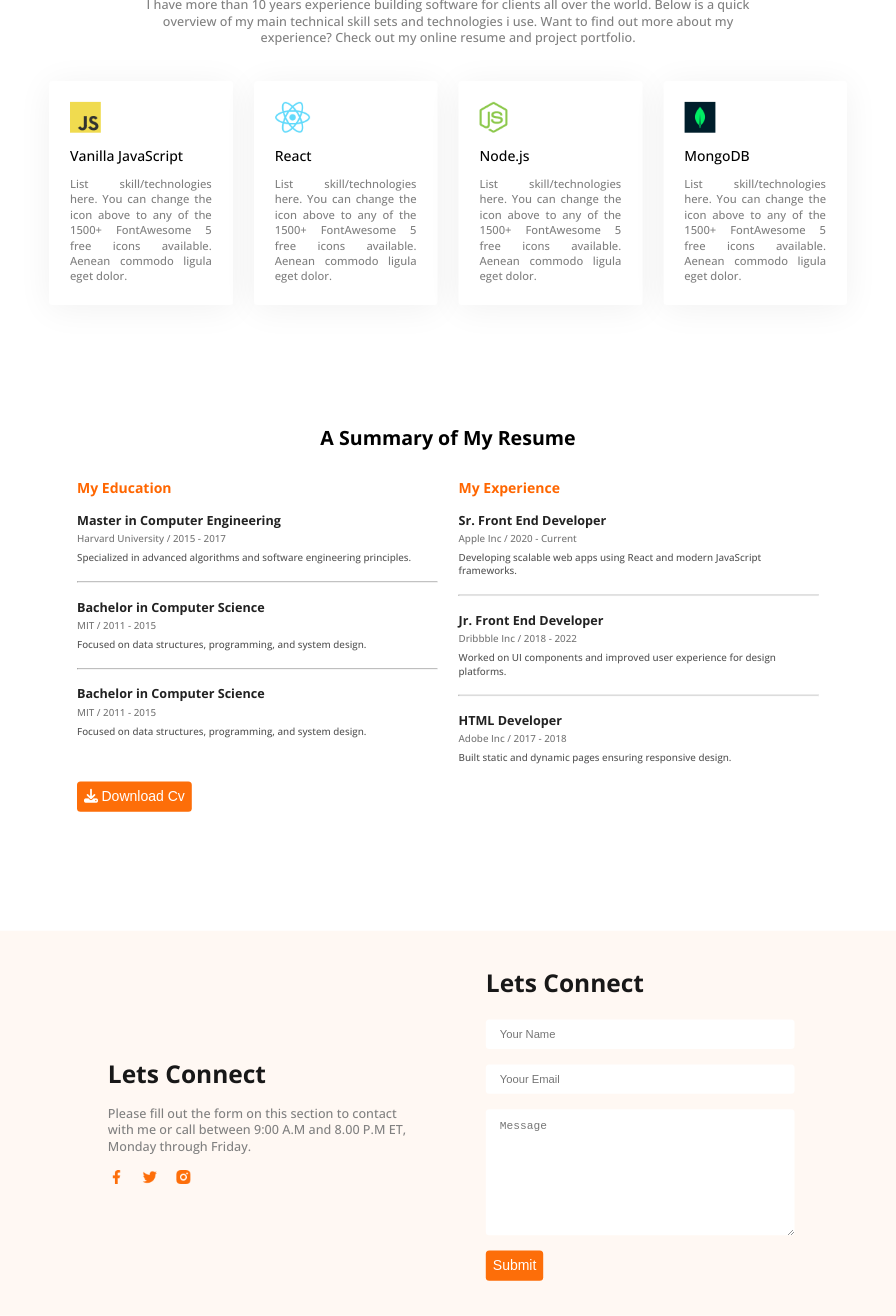
Repository: nahid-hasann/website-1
Page: index.html
These files come from the project's save history. The page is drawn as it stood at one moment and after the next save; the edit follows.
The browser window is 1280 px wide. The pictures show the part of the page from y = 1711 to 3631 px (the page is 3591 px tall before and 3631 px after), at 70% of full size.

Above is the page before, as saved 2025-07-08 15:02:30.

### index.html
<!DOCTYPE html>
<html lang="en">
<head>
    <meta charset="UTF-8">
    <meta name="viewport" content="width=device-width, initial-scale=1.0">
    <title>Document</title>
    <link rel="preconnect" href="https://fonts.googleapis.com">
<link rel="preconnect" href="https://fonts.gstatic.com" crossorigin>
<link href="https://fonts.googleapis.com/css2?family=Open+Sans:ital,wght@0,300..800;1,300..800&display=swap" rel="stylesheet">
<link rel="stylesheet" href="style.css">
<link rel="stylesheet" href="https://cdnjs.cloudflare.com/ajax/libs/font-awesome/6.7.2/css/all.min.css" integrity="sha512-Evv84Mr4kqVGRNSgIGL/F/aIDqQb7xQ2vcrdIwxfjThSH8CSR7PBEakCr51Ck+w+/U6swU2Im1vVX0SVk9ABhg==" crossorigin="anonymous" referrerpolicy="no-referrer" />
</head>
<body class="open-sans-nahid">

<header class="main-header">
    <nav class="header">
          <div>
            <h3 class="nav-title">Ma<span style="color: #fd6e09;">r</span>y</h3>
          </div>
          <div class="menu">
            <ul>
            <li><a href="" class="dark-2" >Portfolio</a></li>
            <li><a  class="dark-2" href="">Blog</a></li>
            <li><button class="hire-me">Hire Me</button></li>
          </ul>
          </div>
    </nav>

    <div class="banner">

      <div class="banner-container">
        <h4 style="font-size: 45px; font-weight: 400;" class="dark-2">Hi, I  am</h4>
        <h1 style="font-size: 85px;">Mary Hardy</h1>
        <br>
        <p class="banner-description dark-2">
          Shot what able cold new see hold.Friendly as an betrayed formerly he. Morning because as to society behaved moments.
        </p>
        <br>
        <br>
        <button class="hire-me" style="margin-right: 20px;"><i class="fa-solid fa-download" style="margin-right: 5px;"></i>Download Cv</button>
        <button class="btn-2"><i class="fa-solid fa-phone" style="margin-right: 5px;"></i>Contact</button>
      </div>
      <img class="banner-img" src="images/hardy.png" alt="">

    </div>

</header>

<main >

  <section class="section">
      <h3 class="section-title">About Me</h3>
      <p style="font-size: 18px; color: grey; margin-top: 30px;">I, m a designer & developer with a passion for web design. I enjoy developing simple, clean and slick websites that provide real value to the end user. Thousands of clients have procured exceptional resulfs while working with me. Delivering work within time and budget which meets clients requirements in our mata.</p>

      <div class="about-items">

    <div class="about-item">
      <p class="item-title">Name:</p>
      <p class="item-description">Mary Hardy</p>
    </div>
    <div class="about-item">
      <p class="item-title">Email:</p>
      <p class="item-description">info@gmail.com</p>
    </div>
    <div class="about-item">
      <p class="item-title">Date of birth:</p>
      <p class="item-description">11 November 1987</p>
    </div>
    <div class="about-item">
      <p class="item-title">From:</p>
      <p class="item-description">Los Angeles, USA</p>
    </div>

  </div>

  </section>

  <section class="skiill">
            <h3 class="section-title">What I do</h3>
            <p style="font-size: 18px; color: grey; margin-top: 30px; width: 909px; margin: 0px auto; margin-top: 30px;">I have more than 10 years experience building software for clients all over the world. Below is a quick overview of my main technical skill sets and technologies i use. Want to find out more about my experience? Check out my online resume and project portfolio.</p>

         <div class="skills-container">

          <div class="skkis-veriation">
            <img src="images/icons/js.png" alt="" class="skiils-img">
            <p class="skills-heading">Vanilla JavaScript</p>
            <p class="skiils-description"> List skill/technologies here. You can change the icon above to any of the 1500+ FontAwesome 5 free icons available. Aenean commodo ligula eget dolor.</p>
          </div>
          <div class="skkis-veriation">
            <img src="images/icons/react.png" alt="" class="skiils-img">
            <p class="skills-heading">React</p>
            <p class="skiils-description">List skill/technologies here. You can change the icon above to any of the 1500+ FontAwesome 5 free icons available. Aenean commodo ligula eget dolor.</p>
          </div>
          <div class="skkis-veriation">
            <img src="images/icons/nodejs.png" alt="" class="skiils-img">
            <p class="skills-heading">Node.js</p>
            <p class="skiils-description">List skill/technologies here. You can change the icon above to any of the 1500+ FontAwesome 5 free icons available. Aenean commodo ligula eget dolor.</p>
          </div>
          <div class="skkis-veriation">
            <img src="images/icons/mongo.png" alt="" class="skiils-img">
            <p class="skills-heading">MongoDB</p>
            <p class="skiils-description">List skill/technologies here. You can change the icon above to any of the 1500+ FontAwesome 5 free icons available. Aenean commodo ligula eget dolor.</p>
          </div>

         </div>

  </section>

  <section>

<div class="container-m">
    <h2>A Summary of My Resume</h2>
    <div class="grid">
      <div class="section-m">
        <h3>My Education</h3>
        <div class="item-m">
          <h4>Master in Computer Engineering</h4>
          <span>Harvard University / 2015 - 2017</span>
          <p>Specialized in advanced algorithms and software engineering principles.</p>
        </div>
        <hr>
        <br>
        <div class="item-m">
          <h4>Bachelor in Computer Science</h4>
          <span>MIT / 2011 - 2015</span>
          <p>Focused on data structures, programming, and system design.</p>
        </div>
        <hr>
        <br>
        <div class="item-m">
          <h4>Bachelor in Computer Science</h4>
          <span>MIT / 2011 - 2015</span>
          <p>Focused on data structures, programming, and system design.</p>
        </div>

      </div>
      <div class="section-m">
        <h3>My Experience</h3>
        <div class="item-m">
          <h4>Sr. Front End Developer</h4>
          <span>Apple Inc / 2020 - Current</span>
          <p>Developing scalable web apps using React and modern JavaScript frameworks.</p>
        </div>
        <hr>
        <br>
        <div class="item-m">
          <h4>Jr. Front End Developer</h4>
          <span>Dribbble Inc / 2018 - 2022</span>
          <p>Worked on UI components and improved user experience for design platforms.</p>
        </div>
        <hr>
        <br>
        <div class="item-m">
          <h4>HTML Developer</h4>
          <span>Adobe Inc / 2017 - 2018</span>
          <p>Built static and dynamic pages ensuring responsive design.</p>
        </div>
      </div>
    </div>
    <button class="hire-me" style="margin-right: 20px;"><i class="fa-solid fa-download" style="margin-right: 5px;"></i>Download Cv</button>
  </div>

  </section>

</main>

<!-- .about-items*4>p.item-title+p.item-description  -->


<footer>

     <div class="main-footer">

     <div class="footer-column">
        <h3 class="section-title">Lets Connect</h3>
        <p style="font-size: 18px; color: grey; margin: 20px 0px;">Please fill out the form on this section to contact with me or call between 9:00 A.M and 8.00 P.M ET, Monday through Friday.</p>
        <img src="images/icons/facebook.png" alt="">
        <img style="margin: 0px 20px;" src="images/icons/twitter.png" alt="">
        <img src="images/icons/insta.png" alt="">
     </div>

     <div class="footer-column">

        <h3 class="section-title" style=" margin-bottom: 30px;">Lets Connect</h3>
        <form class="form" action="">
            <input type="text" name="" placeholder="Your Name" id=""> <br>
            <input type="email" name="" placeholder="Yoour Email" id=""> <br>
            <textarea name="" placeholder="Message" id=""></textarea> <br>
            <button class="hire-me" >Submit</button>
        </form>

     </div>

</div>

</footer>


</body>
</html>

### style.css
* {
  margin: 0;
  padding: 0;
  box-sizing: border-box;
}


.open-sans-nahid {
  font-family: "Open Sans", sans-serif;
  font-optical-sizing: auto;
  font-style: normal;
  font-variation-settings: "wdth" 100;
  font-weight: 500;
}

.main-header{
    background-image: url('images/developer.png'), url('images/header_bg.png') ;
    background-repeat: no-repeat;
    background-position: 60px  28px, bottom right ;
    background-color: #fff8f3;
}



.header{
    display: flex;
    justify-content: space-around;
    gap: 250px;
    align-items: center;
    /* background-color: red; */
    padding: 15px 0px;
}

.nav-title{
    font-weight: 800;
    font-size: 45px;
}

.menu ul{
    display: flex;
    gap: 30px;
    align-items: center;
}

.menu ul li{
    list-style: none;

}

.menu ul li a{
    text-decoration: none;
    font-size: 20px;
}

.hire-me{
    background-color: #fd6e09;
    padding: 10px;
    border-radius: 5px;
    color: white;
    border: none;
    font-size: 20px;
}

.btn-2{
    padding: 10px;
    border-radius: 5px;
    color: #fd6e09;
    border: 1px solid  #fd6e09;
    font-size: 20px;
    background-color: #fff8f3;
}

.dark-2{
    color: #474747;
}

.banner-container{
    width: 585px;
}

.banner-description{
    font-size: 18px;
}

.banner-img{
    width: 584px;
    height: 676px;
}

.banner{
    display: flex;
    align-items: center;
    justify-content: space-around;
    margin: 50px 0px 0px 170px;

}

.section{
    background-color: #fff8f3;
    padding: 150px;
    text-align: center;
    border-radius: 10px;
    margin: 130px 0px;
}

.section-title{
    font-size: 35px;
    font-weight: bold;
    color: #181818;
}

main{
    max-width: 1140px;
     margin: 0px auto;
}

.about-items{
    display: flex;
    justify-content: space-between;
}

.item-title{
    font-size: 18px;
    font-weight: 300;
    color: grey;
    margin-top: 30px;
}

.item-description{
    font-size: 18px ;
    font-weight: 700;
}

.skiill{
    text-align: center;
    margin-bottom: 130px;
}

.skills-container{
    display: flex;
    margin-top: 30px;
    gap: 30px;
    text-align: justify;
}

.skkis-veriation{
    background-color: #FFFFFF;
    box-shadow: 0px 6px 50px 0px rgba(0, 0, 0, 0.06);
padding: 30px;
border-radius: 5px;
margin-top: 20px;
}

.skills-heading{
    margin: 15px 0px;
    font-size: 20px ;
    font-weight: 700px;
}

.skiils-description{
     font-size: 16px;
     color: grey;
}

.resume{
    margin-bottom: 130px;
}

.resume-container{
    display: flex;
    gap: 40px;
    margin-top: 50px;
}

.resume h3{
    margin-bottom: 100px;
}

.resume-column h3{
    font-size: 30px ;
    font-weight: 700;
    margin-bottom: 20px;
}

.resume-column-title{
    font-size: 30px;
    font-weight: 700;
}

.experience{
    padding-right: 50px;
}

.experience-title{
        font-size: 25px;
    font-weight: 700;
    margin-bottom: 5px;
}

.experience-subtitle{
    font-size: 20px;
    font-weight: 600;

    color: rgba(117, 117, 117, 1);
}

.experince-description{
    margin-top: 20px;
    margin-bottom: 20px;
    font-size: 16px;
    color: rgba(117, 117, 117, 1);
}


.main-footer{
    margin-top: 130px;
    background-color: rgba(255, 248, 243, 1);
    padding: 50px 100px;
    display: flex;
    justify-content: space-around;
    align-items: center;
}

.footer-column{
    max-width: 40%;
}

.form input{
      display: block;
      padding: 12px 20px;
      width: 441px;
      font-size: 16px;
      border: none;
      border-radius: 5px;
}

.form textarea{
     width: 441px;
     font-size: 16px;
     border: none;
      border-radius: 5px;
      display: block;
      padding: 15px 20px;
      height: 180px;
}


.container-m{
  margin: auto;
  background: #fff;
  padding: 40px;
}

h2 {
  text-align: center;
  margin-bottom: 40px;
  font-size: 28px;
}

.grid {
  display: grid;
  grid-template-columns: 1fr 1fr;
  gap: 30px;
}

.section-m h3 {
  margin-bottom: 20px;
  color: #ff6600;
  font-size: 20px;
}

.item-m {
  margin-bottom: 25px;
}

.item-m h4 {
  margin: 0 0 5px;
  font-size: 18px;
  color: #222;
}

.item-m span {
  display: block;
  color: #777;
  font-size: 14px;
  margin-bottom: 8px;
}

.item-m p {
  margin: 0;
  font-size: 14px;
  color: #555;
}

After the next save:
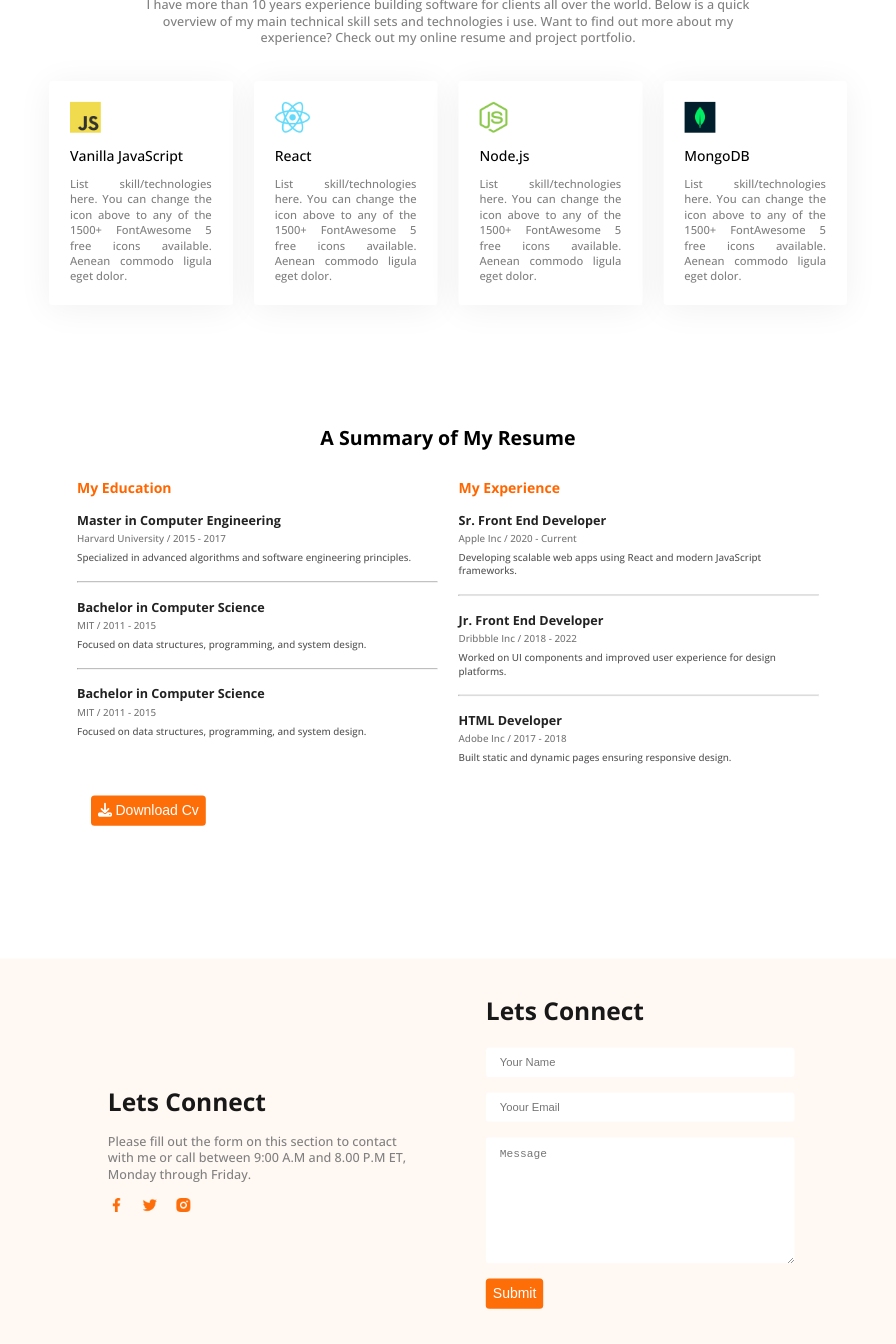
Saved 89 s later.
--- a/index.html
+++ b/index.html
@@ -157,7 +157,7 @@
         </div>
       </div>
     </div>
-    <button class="hire-me" style="margin-right: 20px;"><i class="fa-solid fa-download" style="margin-right: 5px;"></i>Download Cv</button>
+    <button class="hire-me" style="margin: 20px;"><i class="fa-solid fa-download" style="margin-right: 5px;"></i>Download Cv</button>
   </div>
 
   </section>
